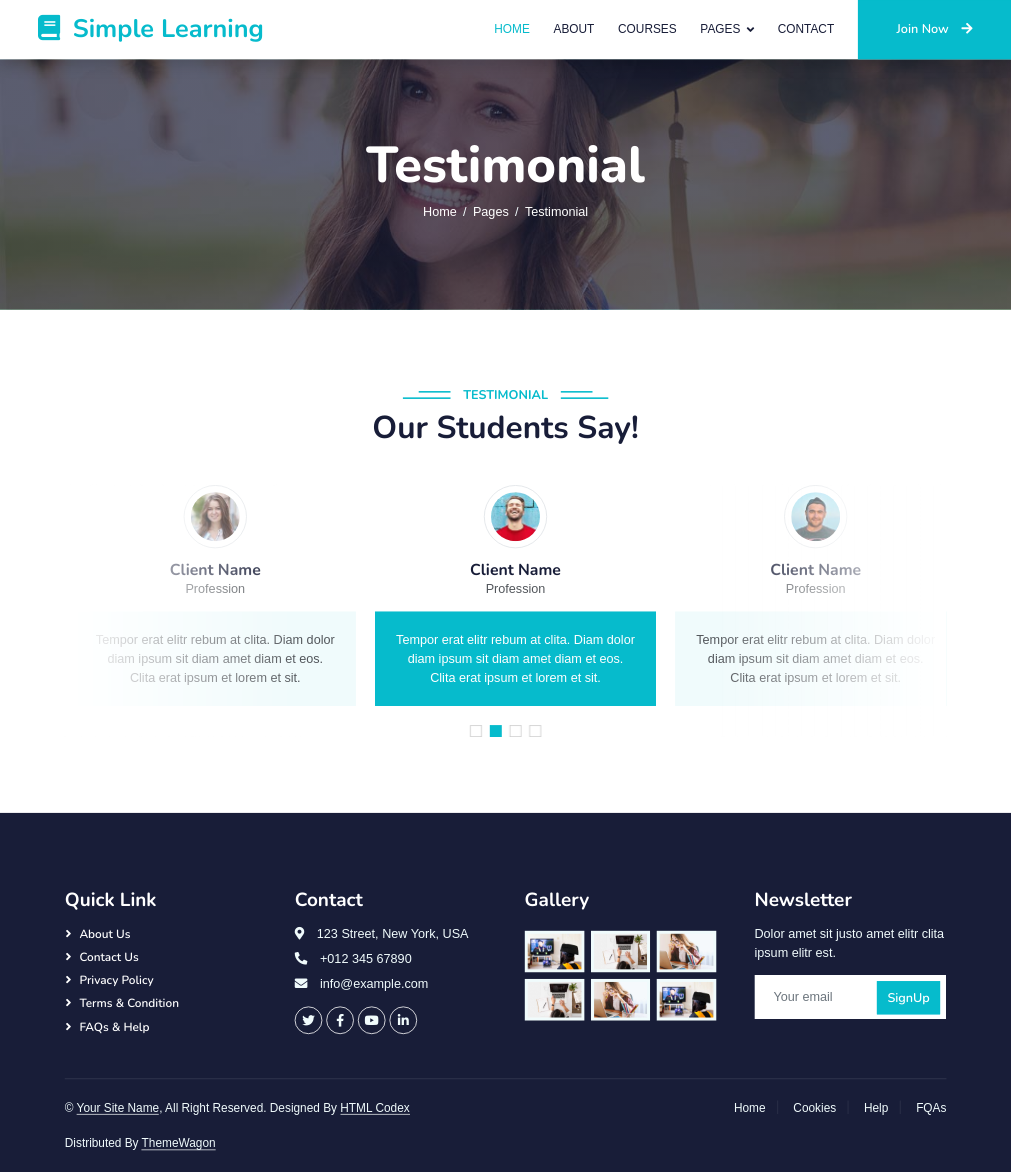
Repository: Arumugam2002/ARUMUGAM-TOPS-DAILY-TASKS
Page: http://localhost/testimonial
An editor plug-in stored every save of this project. The page is shown before and after the next save, followed by the edit.
The browser window is 1280 px wide. The pictures show the whole page, at 79% of full size.
Some web fonts or font styles are not loaded; a fallback is used. Some web libraries are served in a nearby version. The page is this project's Thymeleaf template; nobody is signed in. The template is opened directly, without the code that normally fills it, so the values that code supplies are empty.

Above is the page before, as saved 2024-07-17 05:48:37.

### Java SpringBoot/Spring_Eclipse/SpringwithTemplate/src/main/resources/templates/testimonial.html
<!DOCTYPE html>
<html lang="en">
<head th:replace="/fragments/head :: head"></head>
<head th:replace="/fragments/header :: header"></head>

<body>






    <!-- Header Start -->
    <div class="container-fluid bg-primary py-5 mb-5 page-header">
        <div class="container py-5">
            <div class="row justify-content-center">
                <div class="col-lg-10 text-center">
                    <h1 class="display-3 text-white animated slideInDown">Testimonial</h1>
                    <nav aria-label="breadcrumb">
                        <ol class="breadcrumb justify-content-center">
                            <li class="breadcrumb-item"><a class="text-white" href="#">Home</a></li>
                            <li class="breadcrumb-item"><a class="text-white" href="#">Pages</a></li>
                            <li class="breadcrumb-item text-white active" aria-current="page">Testimonial</li>
                        </ol>
                    </nav>
                </div>
            </div>
        </div>
    </div>
    <!-- Header End -->


    <!-- Testimonial Start -->
    <div class="container-xxl py-5 wow fadeInUp" data-wow-delay="0.1s">
        <div class="container">
            <div class="text-center">
                <h6 class="section-title bg-white text-center text-primary px-3">Testimonial</h6>
                <h1 class="mb-5">Our Students Say!</h1>
            </div>
            <div class="owl-carousel testimonial-carousel position-relative">
                <div class="testimonial-item text-center">
                    <img class="border rounded-circle p-2 mx-auto mb-3" src="img/testimonial-1.jpg" style="width: 80px; height: 80px;">
                    <h5 class="mb-0">Client Name</h5>
                    <p>Profession</p>
                    <div class="testimonial-text bg-light text-center p-4">
                    <p class="mb-0">Tempor erat elitr rebum at clita. Diam dolor diam ipsum sit diam amet diam et eos. Clita erat ipsum et lorem et sit.</p>
                    </div>
                </div>
                <div class="testimonial-item text-center">
                    <img class="border rounded-circle p-2 mx-auto mb-3" src="img/testimonial-2.jpg" style="width: 80px; height: 80px;">
                    <h5 class="mb-0">Client Name</h5>
                    <p>Profession</p>
                    <div class="testimonial-text bg-light text-center p-4">
                    <p class="mb-0">Tempor erat elitr rebum at clita. Diam dolor diam ipsum sit diam amet diam et eos. Clita erat ipsum et lorem et sit.</p>
                    </div>
                </div>
                <div class="testimonial-item text-center">
                    <img class="border rounded-circle p-2 mx-auto mb-3" src="img/testimonial-3.jpg" style="width: 80px; height: 80px;">
                    <h5 class="mb-0">Client Name</h5>
                    <p>Profession</p>
                    <div class="testimonial-text bg-light text-center p-4">
                    <p class="mb-0">Tempor erat elitr rebum at clita. Diam dolor diam ipsum sit diam amet diam et eos. Clita erat ipsum et lorem et sit.</p>
                    </div>
                </div>
                <div class="testimonial-item text-center">
                    <img class="border rounded-circle p-2 mx-auto mb-3" src="img/testimonial-4.jpg" style="width: 80px; height: 80px;">
                    <h5 class="mb-0">Client Name</h5>
                    <p>Profession</p>
                    <div class="testimonial-text bg-light text-center p-4">
                    <p class="mb-0">Tempor erat elitr rebum at clita. Diam dolor diam ipsum sit diam amet diam et eos. Clita erat ipsum et lorem et sit.</p>
                    </div>
                </div>
            </div>
        </div>
    </div>
    <!-- Testimonial End -->


    <!-- Footer Start -->
    <div class="container-fluid bg-dark text-light footer pt-5 mt-5 wow fadeIn" data-wow-delay="0.1s">
        <div class="container py-5">
            <div class="row g-5">
                <div class="col-lg-3 col-md-6">
                    <h4 class="text-white mb-3">Quick Link</h4>
                    <a class="btn btn-link" href="">About Us</a>
                    <a class="btn btn-link" href="">Contact Us</a>
                    <a class="btn btn-link" href="">Privacy Policy</a>
                    <a class="btn btn-link" href="">Terms & Condition</a>
                    <a class="btn btn-link" href="">FAQs & Help</a>
                </div>
                <div class="col-lg-3 col-md-6">
                    <h4 class="text-white mb-3">Contact</h4>
                    <p class="mb-2"><i class="fa fa-map-marker-alt me-3"></i>123 Street, New York, USA</p>
                    <p class="mb-2"><i class="fa fa-phone-alt me-3"></i>+012 345 67890</p>
                    <p class="mb-2"><i class="fa fa-envelope me-3"></i>info@example.com</p>
                    <div class="d-flex pt-2">
                        <a class="btn btn-outline-light btn-social" href=""><i class="fab fa-twitter"></i></a>
                        <a class="btn btn-outline-light btn-social" href=""><i class="fab fa-facebook-f"></i></a>
                        <a class="btn btn-outline-light btn-social" href=""><i class="fab fa-youtube"></i></a>
                        <a class="btn btn-outline-light btn-social" href=""><i class="fab fa-linkedin-in"></i></a>
                    </div>
                </div>
                <div class="col-lg-3 col-md-6">
                    <h4 class="text-white mb-3">Gallery</h4>
                    <div class="row g-2 pt-2">
                        <div class="col-4">
                            <img class="img-fluid bg-light p-1" src="img/course-1.jpg" alt="">
                        </div>
                        <div class="col-4">
                            <img class="img-fluid bg-light p-1" src="img/course-2.jpg" alt="">
                        </div>
                        <div class="col-4">
                            <img class="img-fluid bg-light p-1" src="img/course-3.jpg" alt="">
                        </div>
                        <div class="col-4">
                            <img class="img-fluid bg-light p-1" src="img/course-2.jpg" alt="">
                        </div>
                        <div class="col-4">
                            <img class="img-fluid bg-light p-1" src="img/course-3.jpg" alt="">
                        </div>
                        <div class="col-4">
                            <img class="img-fluid bg-light p-1" src="img/course-1.jpg" alt="">
                        </div>
                    </div>
                </div>
                <div class="col-lg-3 col-md-6">
                    <h4 class="text-white mb-3">Newsletter</h4>
                    <p>Dolor amet sit justo amet elitr clita ipsum elitr est.</p>
                    <div class="position-relative mx-auto" style="max-width: 400px;">
                        <input class="form-control border-0 w-100 py-3 ps-4 pe-5" type="text" placeholder="Your email">
                        <button type="button" class="btn btn-primary py-2 position-absolute top-0 end-0 mt-2 me-2">SignUp</button>
                    </div>
                </div>
            </div>
        </div>
        <div class="container">
            <div class="copyright">
                <div class="row">
                    <div class="col-md-6 text-center text-md-start mb-3 mb-md-0">
                        &copy; <a class="border-bottom" href="#">Your Site Name</a>, All Right Reserved.

                        <!--/*** This template is free as long as you keep the footer author’s credit link/attribution link/backlink. If you'd like to use the template without the footer author’s credit link/attribution link/backlink, you can purchase the Credit Removal License from "https://htmlcodex.com/credit-removal". Thank you for your support. ***/-->
                        Designed By <a class="border-bottom" href="https://htmlcodex.com">HTML Codex</a><br><br>
                        Distributed By <a class="border-bottom" href="https://themewagon.com">ThemeWagon</a>
                    </div>
                    <div class="col-md-6 text-center text-md-end">
                        <div class="footer-menu">
                            <a href="">Home</a>
                            <a href="">Cookies</a>
                            <a href="">Help</a>
                            <a href="">FQAs</a>
                        </div>
                    </div>
                </div>
            </div>
        </div>
    </div>
    <!-- Footer End -->


    <!-- Back to Top -->
    <a href="#" class="btn btn-lg btn-primary btn-lg-square back-to-top"><i class="bi bi-arrow-up"></i></a>


    <!-- JavaScript Libraries -->
    <script src="https://code.jquery.com/jquery-3.4.1.min.js"></script>
    <script src="https://cdn.jsdelivr.net/npm/bootstrap@5.0.0/dist/js/bootstrap.bundle.min.js"></script>
    <script src="lib/wow/wow.min.js"></script>
    <script src="lib/easing/easing.min.js"></script>
    <script src="lib/waypoints/waypoints.min.js"></script>
    <script src="lib/owlcarousel/owl.carousel.min.js"></script>

    <!-- Template Javascript -->
    <script src="js/main.js"></script>
</body>

</html>

### Java SpringBoot/Spring_Eclipse/SpringwithTemplate/src/main/resources/templates/fragments/head.html
<html lang="en">

<head lang="en" xmlns:th="http://www.thymeleaf.org">
    <meta charset="utf-8">
    <title>Simple Learning</title>
    <meta content="width=device-width, initial-scale=1.0" name="viewport">
    <meta content="" name="keywords">
    <meta content="" name="description">

    <!-- Favicon -->
    <link href="img/favicon.ico" rel="icon">

    <!-- Google Web Fonts -->
    <link rel="preconnect" href="https://fonts.googleapis.com">
    <link rel="preconnect" href="https://fonts.gstatic.com" crossorigin>
    <link href="https://fonts.googleapis.com/css2?family=Heebo:wght@400;500;600&family=Nunito:wght@600;700;800&display=swap" rel="stylesheet">

    <!-- Icon Font Stylesheet -->
    <link href="https://cdnjs.cloudflare.com/ajax/libs/font-awesome/5.10.0/css/all.min.css" rel="stylesheet">
    <link href="https://cdn.jsdelivr.net/npm/bootstrap-icons@1.4.1/font/bootstrap-icons.css" rel="stylesheet">

    <!-- Libraries Stylesheet -->
    <link href="assets/lib/animate/animate.min.css" rel="stylesheet">
    <link href="assets/lib/owlcarousel/assets/owl.carousel.min.css" rel="stylesheet">

    <!-- Customized Bootstrap Stylesheet -->
    <link href="assets/css/bootstrap.min.css" rel="stylesheet">

    <!-- Template Stylesheet -->
    <link href="assets/css/style.css" rel="stylesheet">
</head>

</html>

### Java SpringBoot/Spring_Eclipse/SpringwithTemplate/src/main/resources/templates/fragments/header.html
<html lang="en"
xmlns:th="http://www.thymeleaf.org"
xmlns:sec="http://www.thymeleaf.org/extras/spring-security">
<header>
<!-- Spinner Start -->
<div id="spinner"
	class="show bg-white position-fixed translate-middle w-100 vh-100 top-50 start-50 d-flex align-items-center justify-content-center">
	<div class="spinner-border text-primary" style="width: 3rem; height: 3rem;" role="status">
		<span class="sr-only">Loading...</span>
	</div>
</div>
<!-- Spinner End -->


<!-- Navbar Start -->
<nav class="navbar navbar-expand-lg bg-white navbar-light shadow sticky-top p-0">
	<a href="/" class="navbar-brand d-flex align-items-center px-4 px-lg-5">
		<h2 class="m-0 text-primary"><i class="fa fa-book me-3"></i>Simple Learning</h2>
	</a>
	<button type="button" class="navbar-toggler me-4" data-bs-toggle="collapse" data-bs-target="#navbarCollapse">
		<span class="navbar-toggler-icon"></span>
	</button>
	<div class="collapse navbar-collapse" id="navbarCollapse">
		<div class="navbar-nav ms-auto p-4 p-lg-0">
			<a href="/" class="nav-item nav-link active">Home</a>
			<a href="/about" class="nav-item nav-link">About</a>
			<a href="/courses" class="nav-item nav-link">Courses</a>
			<div class="nav-item dropdown">
				<a href="#" class="nav-link dropdown-toggle" data-bs-toggle="dropdown">Pages</a>
				<div class="dropdown-menu fade-down m-0">
					<a href="/team" class="dropdown-item">Our Team</a>
					<a href="/testimonial" class="dropdown-item">Testimonial</a>
					<a href="/404" class="dropdown-item">404 Page</a>
				</div>
			</div>
			<a href="/contact" class="nav-item nav-link">Contact</a>
		</div>
		<a href="/register" class="btn btn-primary py-4 px-lg-5 d-none d-lg-block">Join Now<i
				class="fa fa-arrow-right ms-3"></i></a>
	</div>
</nav>
<!-- Navbar End -->
</header>


</html>

Loaded but not shown: Java SpringBoot/Spring_Eclipse/SpringwithTemplate/src/main/resources/static/assets/lib/animate/animate.min.css (library); Java SpringBoot/Spring_Eclipse/SpringwithTemplate/src/main/resources/static/assets/lib/owlcarousel/assets/owl.carousel.min.css (common file); Java SpringBoot/Spring_Eclipse/SpringwithTemplate/src/main/resources/static/assets/css/bootstrap.min.css (library); Java SpringBoot/Spring_Eclipse/SpringwithTemplate/src/main/resources/static/assets/lib/wow/wow.min.js (library); Java SpringBoot/Spring_Eclipse/SpringwithTemplate/src/main/resources/static/assets/lib/easing/easing.min.js (common file); Java SpringBoot/Spring_Eclipse/SpringwithTemplate/src/main/resources/static/assets/lib/waypoints/waypoints.min.js (library); Java SpringBoot/Spring_Eclipse/SpringwithTemplate/src/main/resources/static/assets/lib/owlcarousel/owl.carousel.min.js (library); Java SpringBoot/Spring_Eclipse/SpringwithTemplate/src/main/resources/static/assets/js/main.js (108 lines, source omitted); Java SpringBoot/Spring_Eclipse/SpringwithTemplate/src/main/resources/static/assets/css/style.css (434 lines, source omitted); Java SpringBoot/Spring_Eclipse/SpringwithTemplate/src/main/resources/templates/fragments/footer.html (107 lines, source omitted)

After the next save:
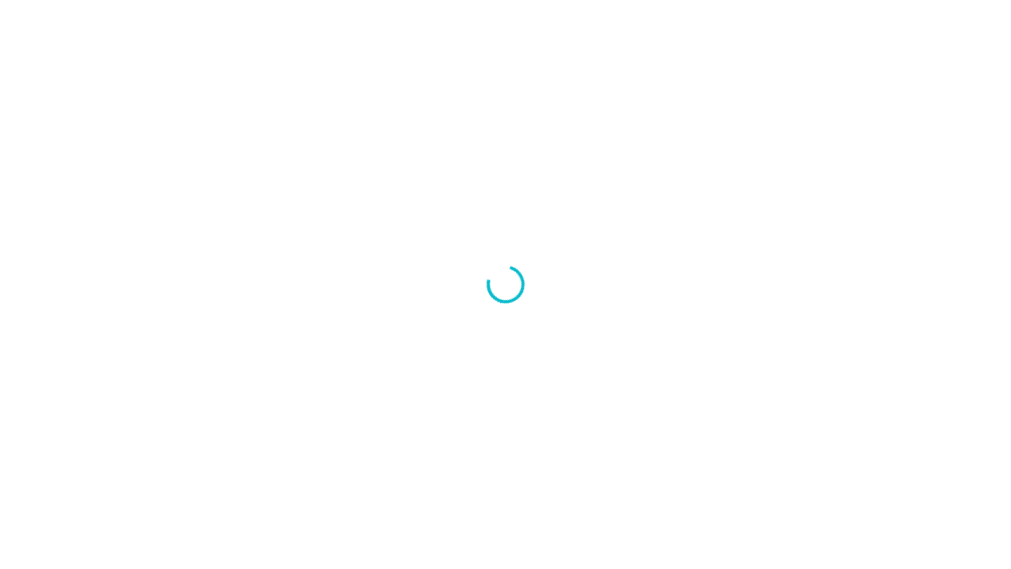
Saved 18 s later.
--- a/Java SpringBoot/Spring_Eclipse/SpringwithTemplate/src/main/resources/templates/testimonial.html
+++ b/Java SpringBoot/Spring_Eclipse/SpringwithTemplate/src/main/resources/templates/testimonial.html
@@ -76,102 +76,7 @@
     <!-- Testimonial End -->
 
 
-    <!-- Footer Start -->
-    <div class="container-fluid bg-dark text-light footer pt-5 mt-5 wow fadeIn" data-wow-delay="0.1s">
-        <div class="container py-5">
-            <div class="row g-5">
-                <div class="col-lg-3 col-md-6">
-                    <h4 class="text-white mb-3">Quick Link</h4>
-                    <a class="btn btn-link" href="">About Us</a>
-                    <a class="btn btn-link" href="">Contact Us</a>
-                    <a class="btn btn-link" href="">Privacy Policy</a>
-                    <a class="btn btn-link" href="">Terms & Condition</a>
-                    <a class="btn btn-link" href="">FAQs & Help</a>
-                </div>
-                <div class="col-lg-3 col-md-6">
-                    <h4 class="text-white mb-3">Contact</h4>
-                    <p class="mb-2"><i class="fa fa-map-marker-alt me-3"></i>123 Street, New York, USA</p>
-                    <p class="mb-2"><i class="fa fa-phone-alt me-3"></i>+012 345 67890</p>
-                    <p class="mb-2"><i class="fa fa-envelope me-3"></i>info@example.com</p>
-                    <div class="d-flex pt-2">
-                        <a class="btn btn-outline-light btn-social" href=""><i class="fab fa-twitter"></i></a>
-                        <a class="btn btn-outline-light btn-social" href=""><i class="fab fa-facebook-f"></i></a>
-                        <a class="btn btn-outline-light btn-social" href=""><i class="fab fa-youtube"></i></a>
-                        <a class="btn btn-outline-light btn-social" href=""><i class="fab fa-linkedin-in"></i></a>
-                    </div>
-                </div>
-                <div class="col-lg-3 col-md-6">
-                    <h4 class="text-white mb-3">Gallery</h4>
-                    <div class="row g-2 pt-2">
-                        <div class="col-4">
-                            <img class="img-fluid bg-light p-1" src="img/course-1.jpg" alt="">
-                        </div>
-                        <div class="col-4">
-                            <img class="img-fluid bg-light p-1" src="img/course-2.jpg" alt="">
-                        </div>
-                        <div class="col-4">
-                            <img class="img-fluid bg-light p-1" src="img/course-3.jpg" alt="">
-                        </div>
-                        <div class="col-4">
-                            <img class="img-fluid bg-light p-1" src="img/course-2.jpg" alt="">
-                        </div>
-                        <div class="col-4">
-                            <img class="img-fluid bg-light p-1" src="img/course-3.jpg" alt="">
-                        </div>
-                        <div class="col-4">
-                            <img class="img-fluid bg-light p-1" src="img/course-1.jpg" alt="">
-                        </div>
-                    </div>
-                </div>
-                <div class="col-lg-3 col-md-6">
-                    <h4 class="text-white mb-3">Newsletter</h4>
-                    <p>Dolor amet sit justo amet elitr clita ipsum elitr est.</p>
-                    <div class="position-relative mx-auto" style="max-width: 400px;">
-                        <input class="form-control border-0 w-100 py-3 ps-4 pe-5" type="text" placeholder="Your email">
-                        <button type="button" class="btn btn-primary py-2 position-absolute top-0 end-0 mt-2 me-2">SignUp</button>
-                    </div>
-                </div>
-            </div>
-        </div>
-        <div class="container">
-            <div class="copyright">
-                <div class="row">
-                    <div class="col-md-6 text-center text-md-start mb-3 mb-md-0">
-                        &copy; <a class="border-bottom" href="#">Your Site Name</a>, All Right Reserved.
 
-                        <!--/*** This template is free as long as you keep the footer author’s credit link/attribution link/backlink. If you'd like to use the template without the footer author’s credit link/attribution link/backlink, you can purchase the Credit Removal License from "https://htmlcodex.com/credit-removal". Thank you for your support. ***/-->
-                        Designed By <a class="border-bottom" href="https://htmlcodex.com">HTML Codex</a><br><br>
-                        Distributed By <a class="border-bottom" href="https://themewagon.com">ThemeWagon</a>
-                    </div>
-                    <div class="col-md-6 text-center text-md-end">
-                        <div class="footer-menu">
-                            <a href="">Home</a>
-                            <a href="">Cookies</a>
-                            <a href="">Help</a>
-                            <a href="">FQAs</a>
-                        </div>
-                    </div>
-                </div>
-            </div>
-        </div>
-    </div>
-    <!-- Footer End -->
-
-
-    <!-- Back to Top -->
-    <a href="#" class="btn btn-lg btn-primary btn-lg-square back-to-top"><i class="bi bi-arrow-up"></i></a>
-
-
-    <!-- JavaScript Libraries -->
-    <script src="https://code.jquery.com/jquery-3.4.1.min.js"></script>
-    <script src="https://cdn.jsdelivr.net/npm/bootstrap@5.0.0/dist/js/bootstrap.bundle.min.js"></script>
-    <script src="lib/wow/wow.min.js"></script>
-    <script src="lib/easing/easing.min.js"></script>
-    <script src="lib/waypoints/waypoints.min.js"></script>
-    <script src="lib/owlcarousel/owl.carousel.min.js"></script>
-
-    <!-- Template Javascript -->
-    <script src="js/main.js"></script>
 </body>
 
 </html>

After the save that followed:
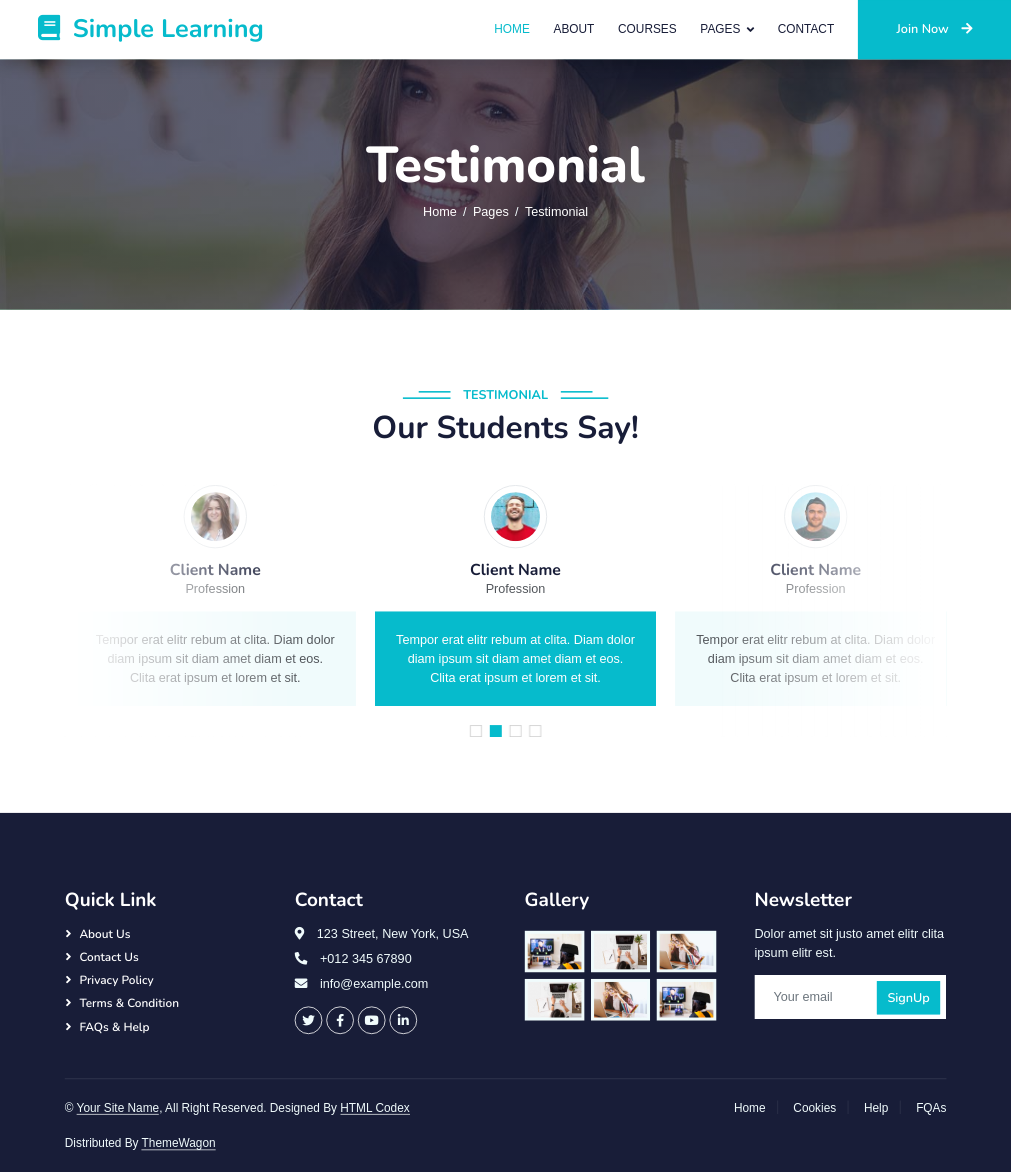
Saved 4 s later.
--- a/Java SpringBoot/Spring_Eclipse/SpringwithTemplate/src/main/resources/templates/testimonial.html
+++ b/Java SpringBoot/Spring_Eclipse/SpringwithTemplate/src/main/resources/templates/testimonial.html
@@ -76,7 +76,7 @@
     <!-- Testimonial End -->
 
 
-
+	<footer th:replace="/fragments/footer :: footer"></footer>
 </body>
 
 </html>
